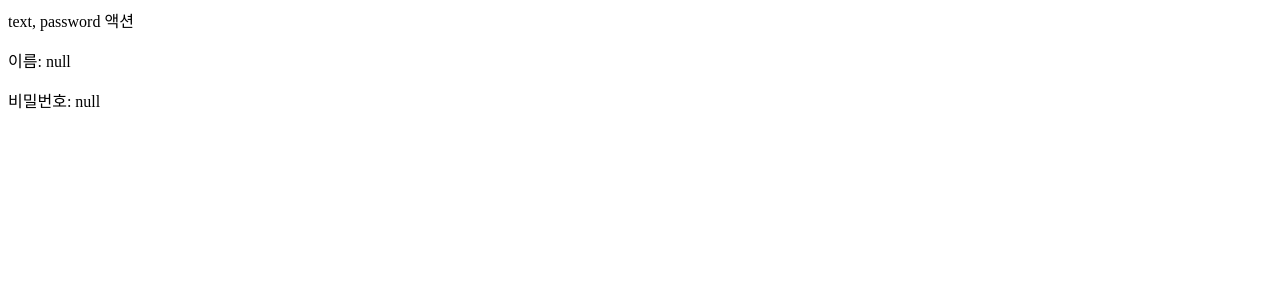
Repository: JiWonJang0514/jspForm
Page: http://localhost/Form/textPassword_act.jsp
The author's editor kept a copy of each file at every save. The page is drawn from the files as they stood at one save, then again after the next save.
The browser window is 1280 px wide. The pictures show the whole page.
The page is served by Tomcat 9.

Above is the page before, as saved 2022-04-23 13:43:22.

After the next save:
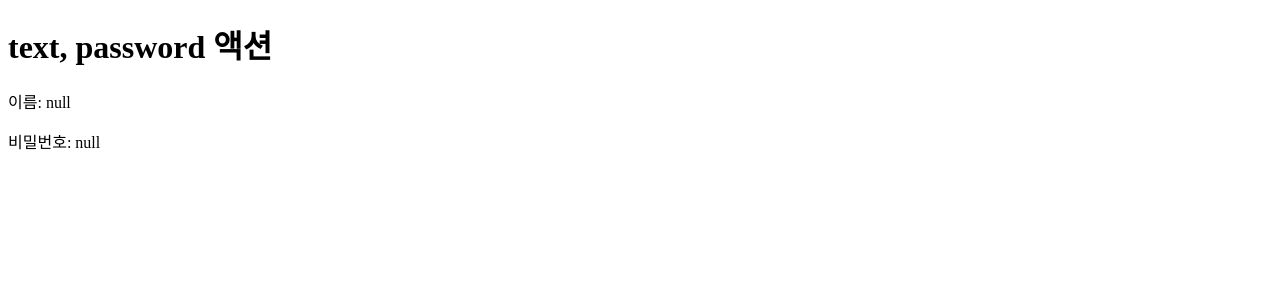
Saved 13 s later.
--- a/form/Form/WebContent/textPassword_act.jsp
+++ b/form/Form/WebContent/textPassword_act.jsp
@@ -7,7 +7,7 @@
 <title>Insert title here</title>
 </head>
 <body>
-	text, password 액션
+	<h1>text, password 액션</h1>
 <%
 	String name = request.getParameter("name");
 	String pwd = request.getParameter("pwd");
